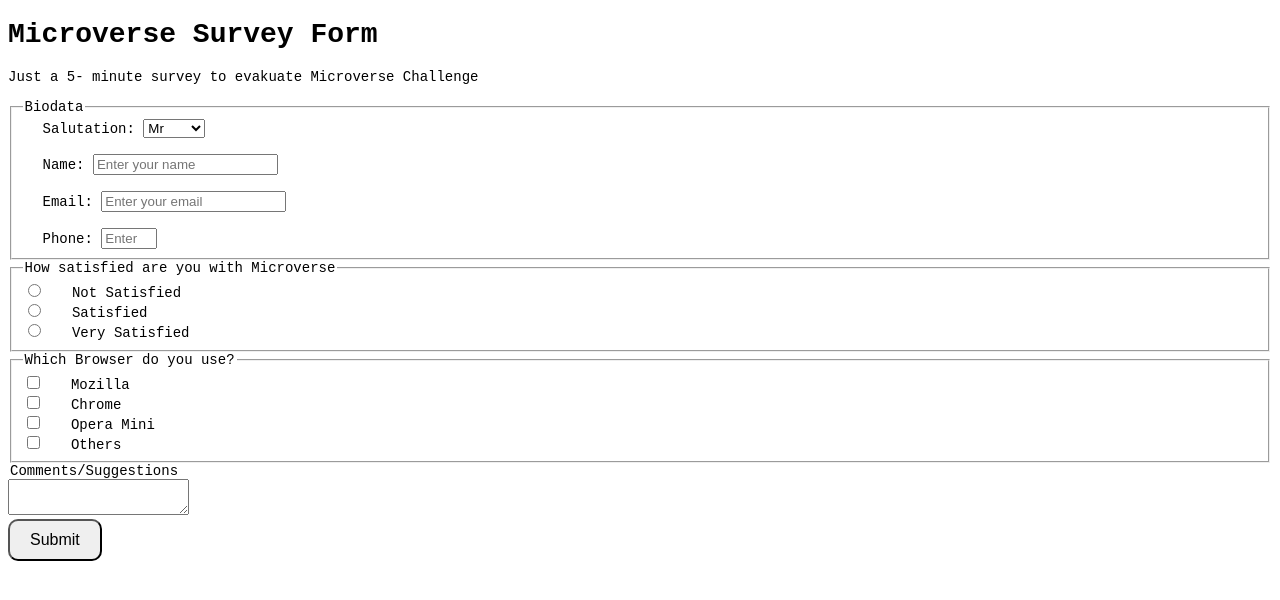
Repository: ahmedmeshref/Microverse-project
Page: index.html
The author's editor kept a copy of each file at every save. The page is drawn from the files as they stood at one save, then again after the next save.
The browser window is 1280 px wide. The pictures show the whole page.

Above is the page before, as saved 2019-03-29 15:47:44.

### index.html
<!DOCTYPE html>

<html lang="en">
<head>
 <meta charset="utf-8">
 <meta http-equiv="X-UA-Compatible" content="IE=edge">
 <link rel="stylesheet" href="./css/style.css" >
<title>Survey Form</title>
</head>
<body>
<h1 id="title">Microverse Survey Form</h1>
<p id="description">Just a 5- minute survey to evakuate Microverse Challenge</p>
<form action="submit" id="survey-form">
<fieldset>
    <legend>Biodata</legend>
    <label for="salutation" >Salutation: </label>
    <select id="dropdown">
        <option> Mr</option>
        <option> Mrs</option>
        <option> Miss</option>
        <option>Others</option>
    </select></br><br/>

    <label id="name-label" name="name" for="name">Name: </label>
    <input type="text"  id="name-label" name="name" placeholder="Enter your name" required><br/><br/>

    <label id="email-label" for="email">Email: </label>
    <input type="email"  id="email-label" placeholder="Enter your email" required><br/><br/>

    <label id="phone-label"  for="phone-number">Phone: </label>
    <input type="number" width="20"  id="phone-label" placeholder="Enter your Phone Number" required min="6" max="20">
</fieldset>

<fieldset>
    <legend>How satisfied are you with Microverse</legend>
    <input type="radio"  name ="sat" value="Not Satisfied">
    <label for="ns">Not Satisfied</label><br/>

    <input type="radio" name ="sat" value="Satisfied">
    <label>Satisfied</label><br/>

    <input type="radio" name ="sat" value="Very Satisfied">
    <label>Very Satisfied</label><br/>
</fieldset>

<fieldset>
    <legend>Which Browser do you use?</legend>
    <input type="checkbox">
    <label>Mozilla</label><br/>

    <input type="checkbox">
    <label>Chrome</label><br/>

    <input type="checkbox">
    <label>Opera Mini</label><br/>

    <input type="checkbox">
    <label>Others</label>
</fieldset>
</fieldset>
    <legend id="cands">Comments/Suggestions</legend>
    <textarea name="message" width="15" height="10"></textarea>
</fieldset>
<div id="sub">
    <input type="submit" value="Submit" id="submit" >
</div><br/>
</form>
</body>
</html>

### css/style.css
body {
    /* margin: 0px;*/
    /*text-align: center;*/
    font-family: 'Courier New', Courier, monospace;
    font-size: 14px;
}

placeholder {
    /* padding: 50px;*/
    /* margin: 5px;*/
}

label {
    margin-left: 20px;
}

.dropdown {
    margin-right: 20px;
}

input[type="submit"] {
    padding: 10px 20px;
    border-radius: 10px;
    font-size: 16px;
}

After the next save:
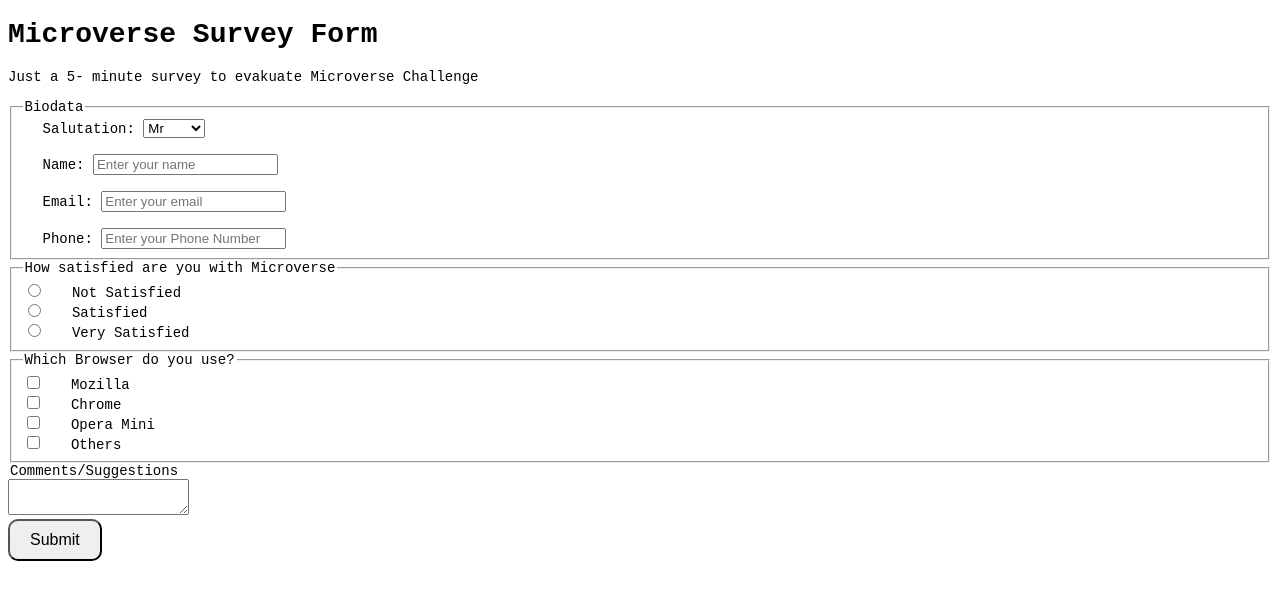
Saved 104 s later.
--- a/index.html
+++ b/index.html
@@ -28,7 +28,7 @@
     <input type="email"  id="email-label" placeholder="Enter your email" required><br/><br/>
 
     <label id="phone-label"  for="phone-number">Phone: </label>
-    <input type="number" width="20"  id="phone-label" placeholder="Enter your Phone Number" required min="6" max="20">
+    <input type="tel"   id="phone-label" placeholder="Enter your Phone Number" required min="6" max="20">
 </fieldset>
 
 <fieldset>
